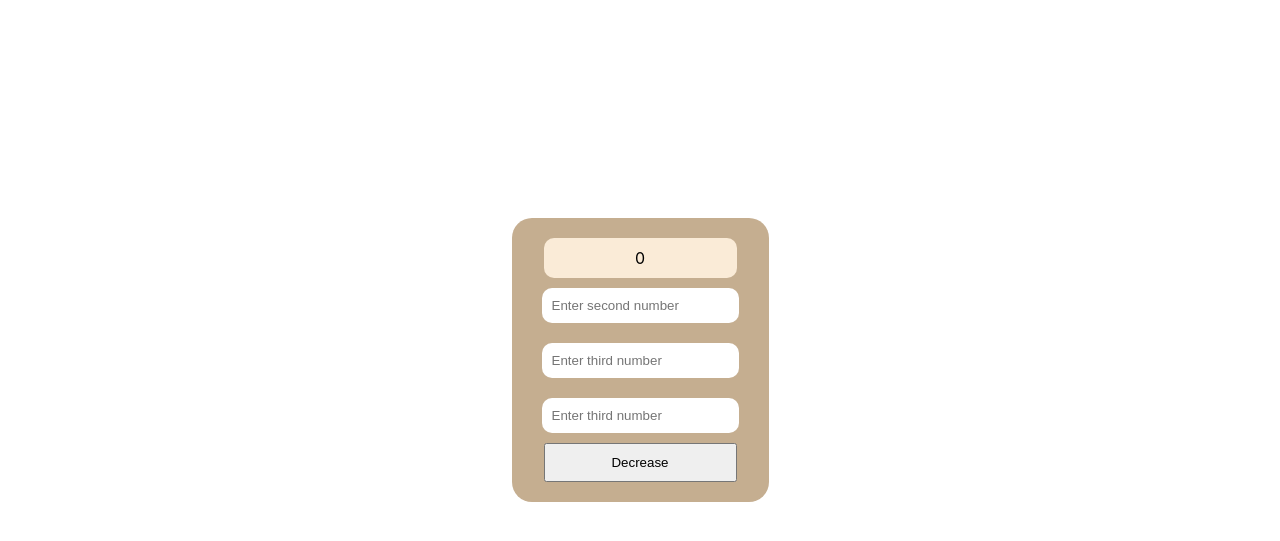
Repository: purnimapatel/SI-calculator
Page: /
The author's editor kept a copy of each file at every save. The page is drawn from the files as they stood at one save, then again after the next save.
The browser window is 1280 px wide. The pictures show the whole page.
The project was rebuilt for these pictures with package versions that can differ from the ones it lists, and the page was loaded fresh each time.

Above is the page before, as saved 2024-08-26 11:42:12.

After the next save:
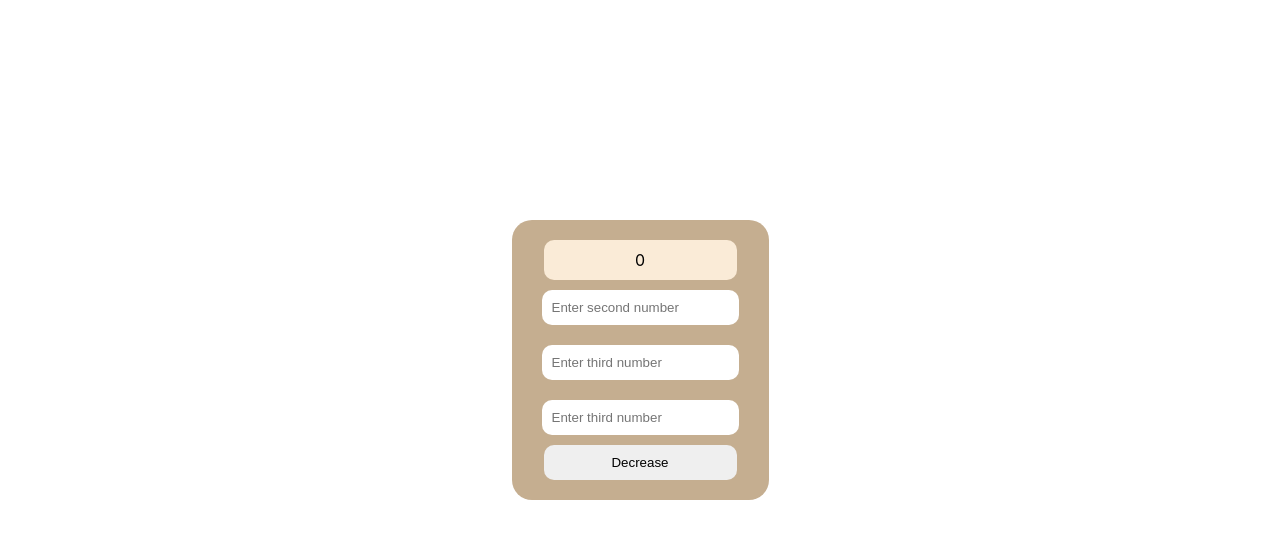
Saved 32 s later.
--- a/src/App.css
+++ b/src/App.css
@@ -51,4 +51,6 @@ input[type=number] {
 .btn{
   margin:0px 12px;
   padding:10px 25px;
+  border:none;
+  border-radius: 10px;
 }
